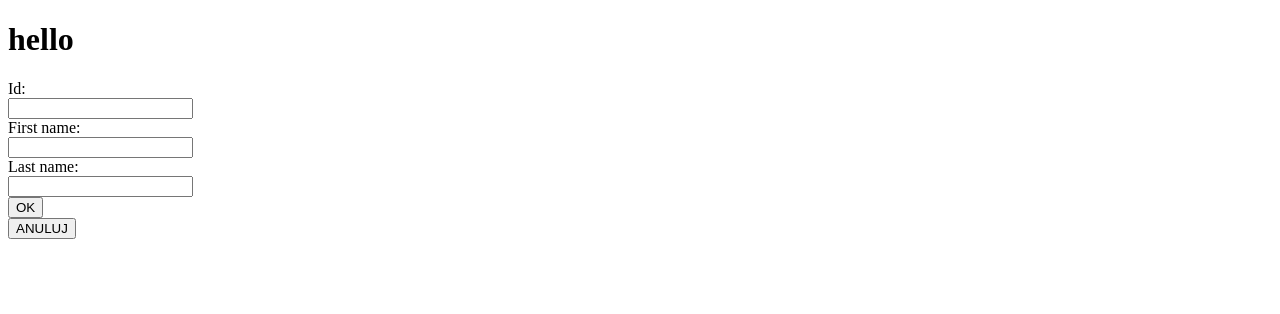
Repository: jnnbaran/DBManager
Page: http://localhost/DBServlet/add.jsp
An editor plug-in stored every save of this project. The page is shown before and after the next save, followed by the edit.
The browser window is 1280 px wide. The pictures show the whole page.
The page is served by Tomcat 9.

Above is the page before, as saved 2019-11-18 17:38:38.

After the next save:
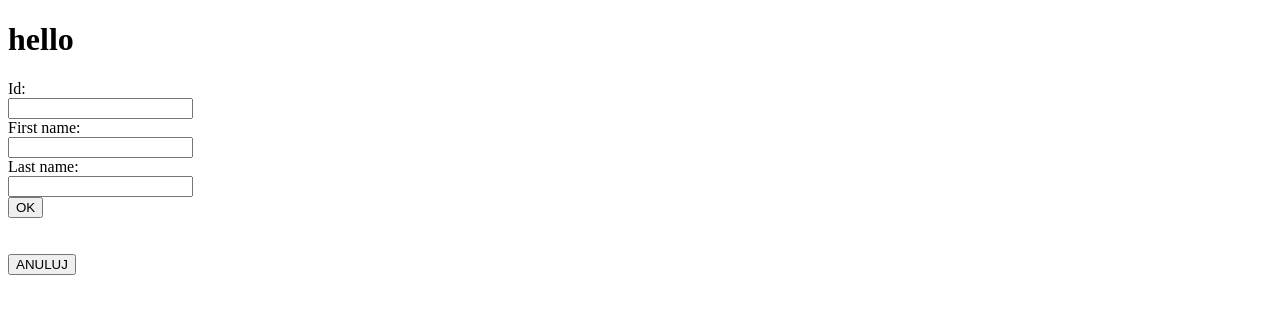
Saved 19 s later.
--- a/DBServlet/WebContent/add.jsp
+++ b/DBServlet/WebContent/add.jsp
@@ -28,7 +28,7 @@
         <button name="query" cols="50" rows="10" form="queryForm" value = " "> OK </button>
 
  </form>
-
+</br> </br>
  <button name="query" cols="50" rows="10" form="queryForm" value = " "> ANULUJ </button>
 
 
